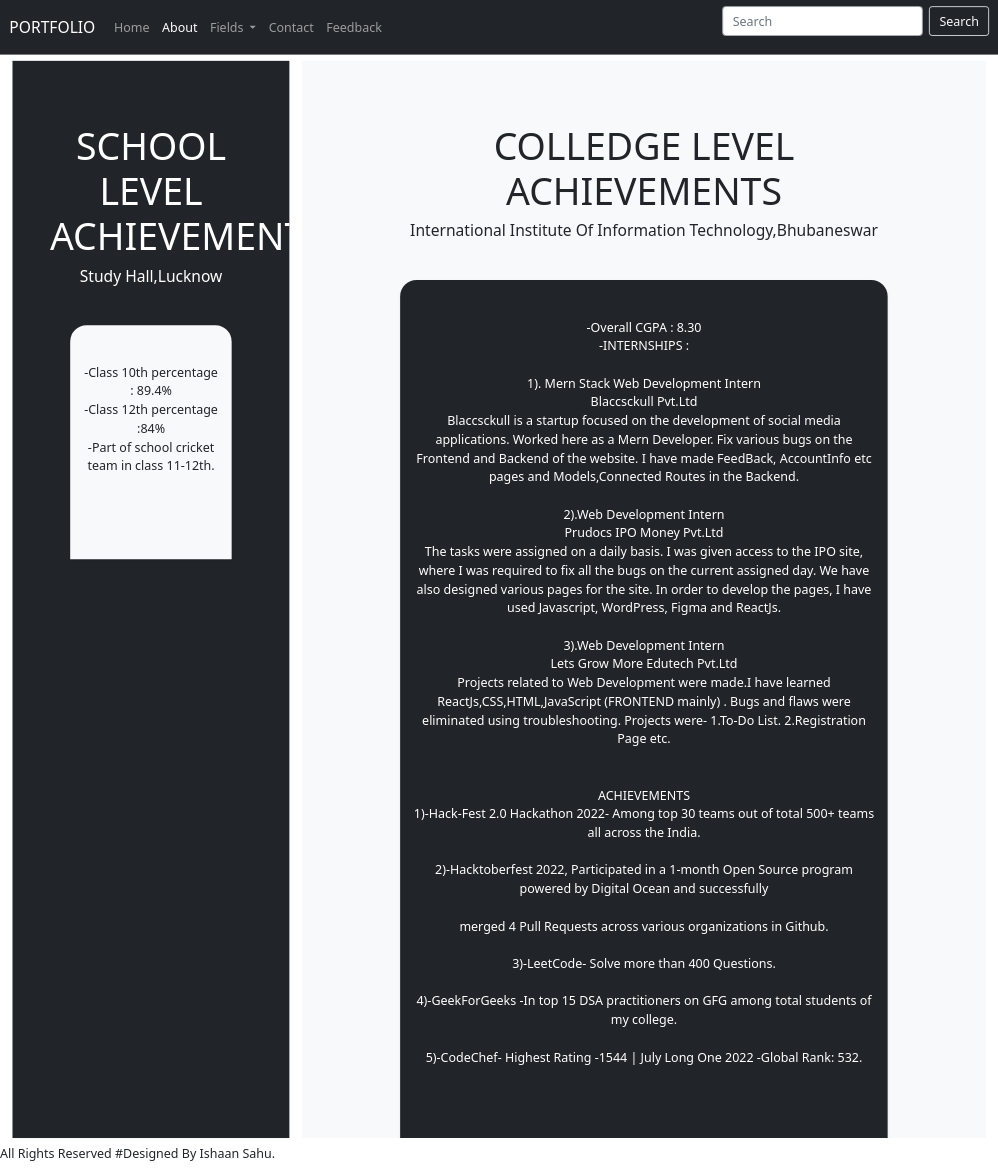
Repository: ishaan51551/Ishaan-s-Portfolio-
Page: about.html
An editor plug-in stored every save of this project. The page is shown before and after the next save, followed by the edit.
The browser window is 1280 px wide. The pictures show the whole page, at 78% of full size.

Above is the page before, as saved 2023-09-13 16:22:04.

After the next save:
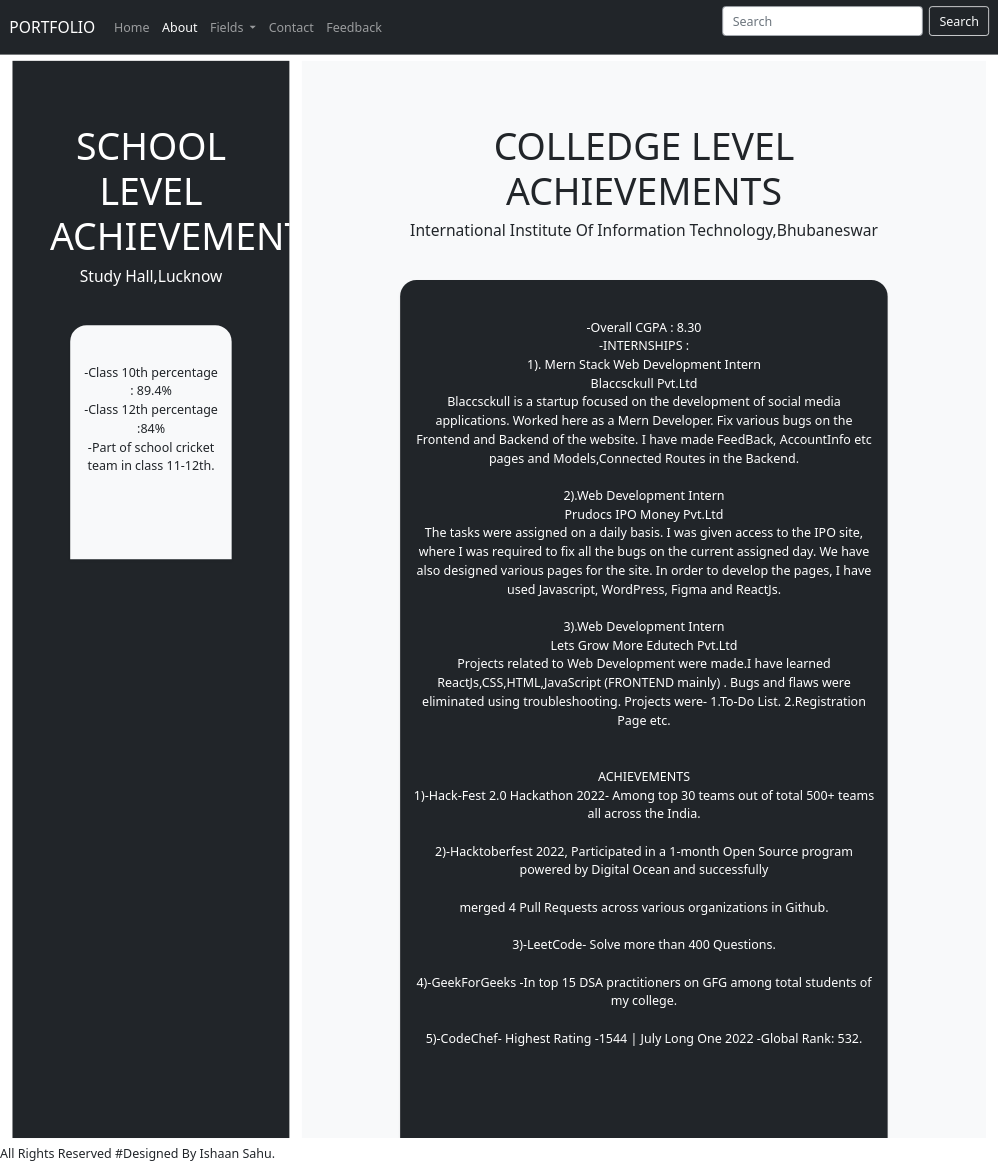
Saved 20 s later.
--- a/about.html
+++ b/about.html
@@ -101,7 +101,7 @@
       <div class="bg-dark shadow-sm mx-auto" style="width: 80%; height: 1100px; border-radius: 21px 21px 0 0;">
         <p class="swing text-white text-center px-3 py-5">
           -Overall CGPA : 8.30</br>
-          -INTERNSHIPS :</br>
+          -INTERNSHIPS :
           <br>
           1). Mern Stack Web Development Intern<br>
           Blaccsckull Pvt.Ltd<br>

After the 2 saves that followed:
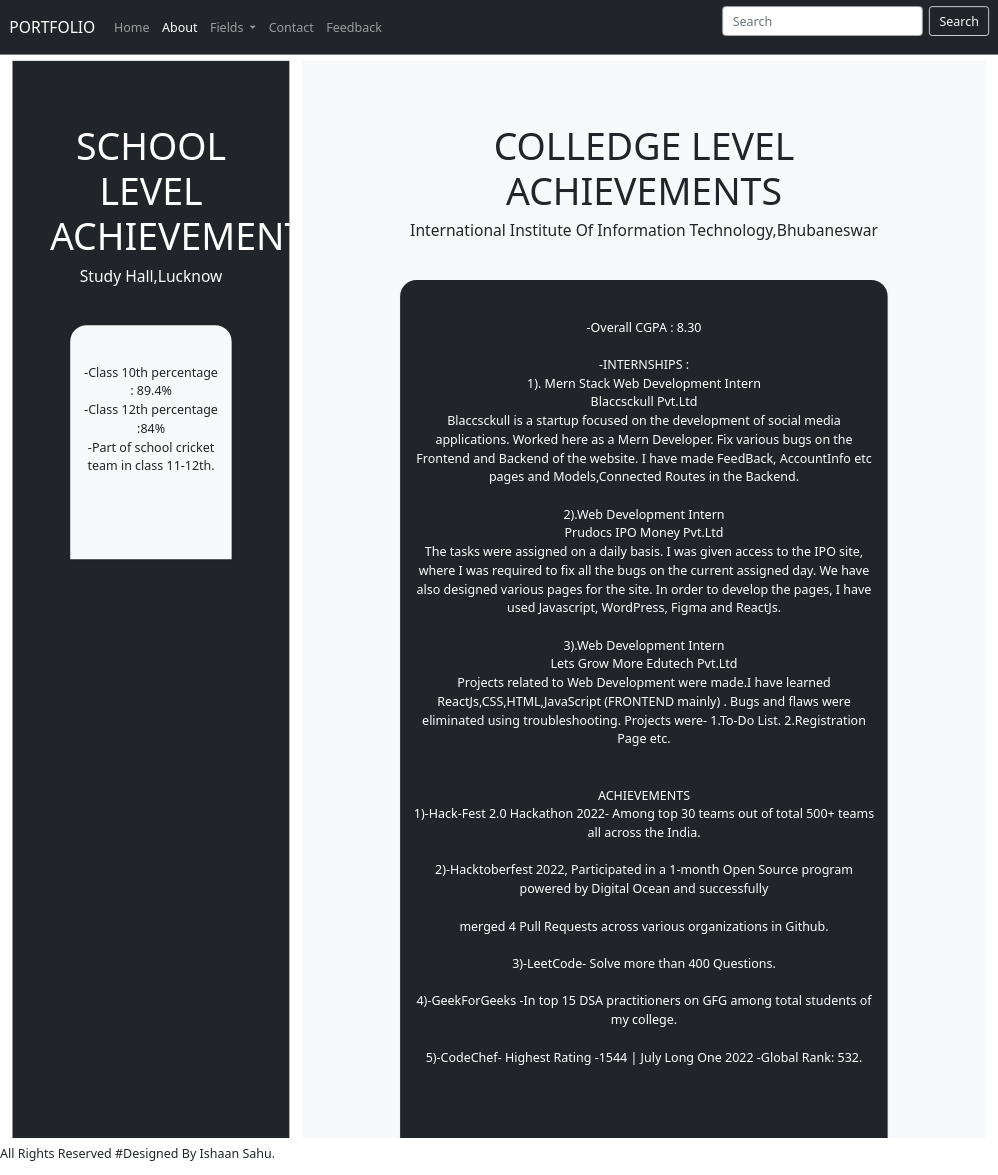
The 2 saves are shown as one change because 1 left the picture as it was.
The last was saved 13 s later.
--- a/about.html
+++ b/about.html
@@ -100,7 +100,7 @@
       </div>
       <div class="bg-dark shadow-sm mx-auto" style="width: 80%; height: 1100px; border-radius: 21px 21px 0 0;">
         <p class="swing text-white text-center px-3 py-5">
-          -Overall CGPA : 8.30</br>
+          -Overall CGPA : 8.30<br><br>
           -INTERNSHIPS :
           <br>
           1). Mern Stack Web Development Intern<br>
